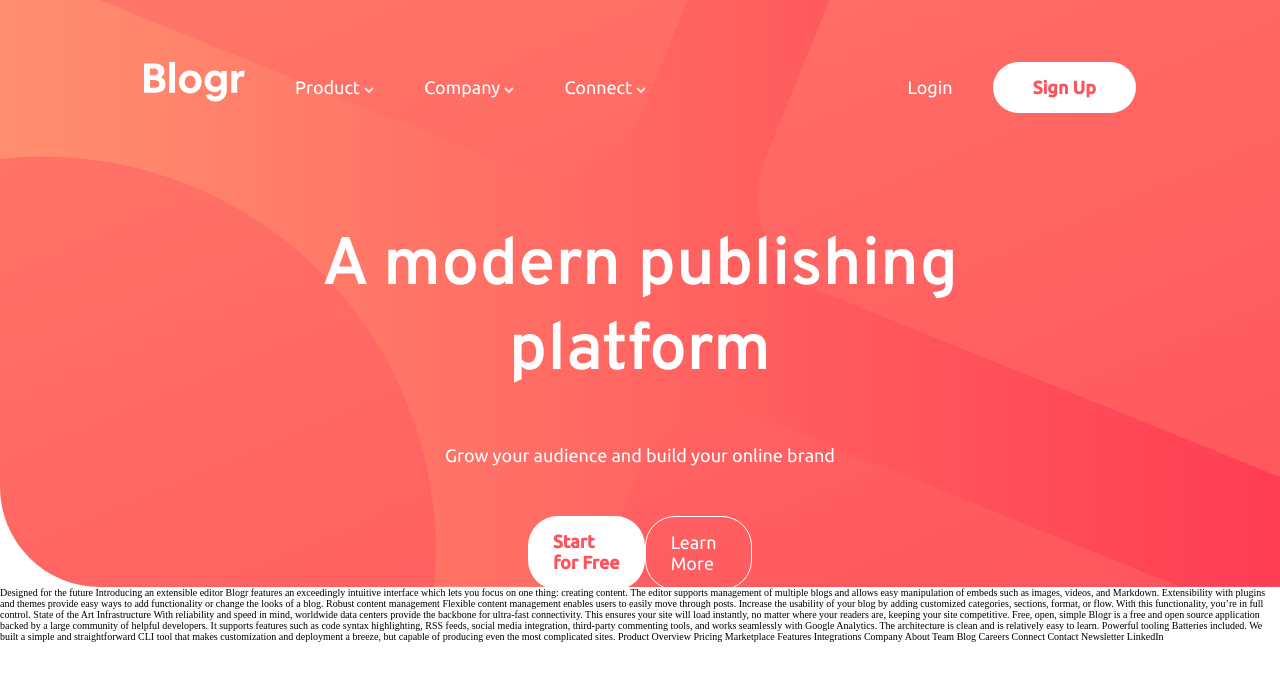
Repository: tomas938/tomaspage3
Page: index.html
The author's editor kept a copy of each file at every save. The page is drawn from the files as they stood at one save, then again after the next save.
The browser window is 1280 px wide. The pictures show the whole page.
The style sheet was rebuilt from its Sass, Less or Tailwind sources for each picture, by a compiler version that may differ from the author's.

Above is the page before, as saved 2021-07-30 09:29:53.

### index.html
<!DOCTYPE html>
<html lang="en">
	<head>
		<meta charset="UTF-8" />
		<meta name="viewport" content="width=device-width, initial-scale=1.0" />
		<!-- displays site properly based on user's device -->

		<link
			rel="icon"
			type="image/png"
			sizes="32x32"
			href="./images/favicon-32x32.png"
		/>

		<title>Frontend Mentor | [Blogr]</title>

		<link rel="stylesheet" href="./scss/main.css" />
	</head>
	<body>
		<section class="intro">
			<header>
				<nav class="intro__navigation">
					<div class="intro__navigation__logo">
						<svg width="101" height="40" xmlns="http://www.w3.org/2000/svg">
							<path
								d="M0 30.803V1.486h10.653c1.982 0 3.695.31 5.14.93 1.446.619 2.56 1.5 3.345 2.642.785 1.142 1.177 2.484 1.177 4.026 0 1.404-.303 2.636-.909 3.695a6.48 6.48 0 01-2.56 2.498c1.487.578 2.643 1.494 3.469 2.746.826 1.253 1.239 2.732 1.239 4.439 0 1.707-.44 3.18-1.322 4.418-.88 1.239-2.12 2.202-3.716 2.89-1.596.688-3.482 1.033-5.657 1.033H0zM5.946 6.565v6.73h4.046c1.35 0 2.388-.282 3.118-.846.73-.564 1.094-1.397 1.094-2.498 0-1.101-.365-1.94-1.094-2.519-.73-.578-1.769-.867-3.118-.867H5.946zm0 19.159h4.624c1.542 0 2.732-.33 3.572-.991.84-.66 1.26-1.61 1.26-2.85 0-1.238-.42-2.188-1.26-2.848-.84-.66-2.03-.991-3.572-.991H5.946v7.68zm19.282 5.079V0h5.781v30.803h-5.78zm20.893.619c-1.624 0-3.124-.29-4.5-.867a10.94 10.94 0 01-3.593-2.416 10.96 10.96 0 01-2.374-3.654c-.564-1.404-.846-2.931-.846-4.583 0-1.652.289-3.173.867-4.563a11.354 11.354 0 012.415-3.654 10.96 10.96 0 013.634-2.436c1.39-.578 2.91-.867 4.562-.867 1.625 0 3.125.289 4.501.867a10.94 10.94 0 013.592 2.416 11.01 11.01 0 012.375 3.633c.564 1.39.846 2.911.846 4.563 0 1.651-.289 3.179-.867 4.583a11.297 11.297 0 01-2.416 3.675 10.96 10.96 0 01-3.633 2.436c-1.39.578-2.911.867-4.563.867zm.083-5.203c1.046 0 1.982-.275 2.808-.825.825-.551 1.48-1.301 1.96-2.25.483-.95.723-2.03.723-3.242 0-1.211-.24-2.292-.722-3.241-.482-.95-1.136-1.7-1.961-2.25-.826-.551-1.762-.826-2.808-.826-1.046 0-1.982.275-2.808.825-.826.55-1.48 1.301-1.961 2.25-.482.95-.723 2.03-.723 3.242 0 1.211.241 2.292.723 3.241.482.95 1.135 1.7 1.961 2.25.826.551 1.762.826 2.808.826zm24.155 3.964a9.13 9.13 0 01-3.86-.826 9.492 9.492 0 01-3.118-2.291c-.881-.977-1.57-2.12-2.065-3.427-.495-1.308-.743-2.719-.743-4.233 0-1.569.255-3.02.764-4.356a10.614 10.614 0 012.147-3.489 10.174 10.174 0 013.22-2.333c1.225-.564 2.554-.846 3.985-.846 1.404 0 2.67.282 3.799.846a7.402 7.402 0 012.807 2.457l.124-2.684h5.327v19.2c0 1.68-.269 3.207-.805 4.584-.537 1.376-1.301 2.56-2.292 3.55a10.231 10.231 0 01-3.53 2.292c-1.363.537-2.87.805-4.522.805-1.624 0-3.083-.254-4.376-.764a10.468 10.468 0 01-3.386-2.126 10.035 10.035 0 01-2.271-3.18L67.097 32a5.452 5.452 0 001.92 1.879c.784.454 1.672.681 2.663.681 1.074 0 2.003-.24 2.787-.723.785-.481 1.397-1.156 1.838-2.023.44-.867.66-1.879.66-3.035v-1.775a7.793 7.793 0 01-2.828 2.333c-1.143.564-2.402.846-3.778.846zm1.404-5.12c1.018 0 1.92-.254 2.704-.764a5.556 5.556 0 001.879-2.064c.468-.867.702-1.851.702-2.952 0-1.102-.234-2.086-.702-2.953a5.556 5.556 0 00-1.879-2.064c-.784-.51-1.686-.764-2.704-.764-1.019 0-1.92.255-2.705.764a5.556 5.556 0 00-1.879 2.064c-.468.867-.702 1.851-.702 2.953 0 1.1.234 2.085.702 2.952a5.556 5.556 0 001.88 2.064c.784.51 1.685.764 2.704.764zm15.607 5.74V9h5.327l.206 3.304c.55-1.157 1.294-2.044 2.23-2.664.936-.62 2.037-.929 3.303-.929.386 0 .77.035 1.156.103.386.07.73.159 1.033.269l-.62 5.698a4.361 4.361 0 00-.929-.227 7.495 7.495 0 00-.97-.062c-1.597 0-2.822.489-3.675 1.466-.853.977-1.28 2.36-1.28 4.15v10.694h-5.78z"
								fill="#FFF"
								fill-rule="nonzero"
							/>
						</svg>
						<ul>
							<li>
								<a href="#">Product</a>
								<svg xmlns="http://www.w3.org/2000/svg" width="10" height="7">
									<path
										fill="none"
										stroke="#FFF"
										stroke-width="2"
										opacity=".75"
										d="M1 1l4 4 4-4"
									/>
								</svg>
							</li>
							<li>
								<a href="#">Company</a>
								<svg xmlns="http://www.w3.org/2000/svg" width="10" height="7">
									<path
										fill="none"
										stroke="#FFF"
										stroke-width="2"
										opacity=".75"
										d="M1 1l4 4 4-4"
									/>
								</svg>
							</li>
							<li>
								<a href="#">Connect</a>
								<svg xmlns="http://www.w3.org/2000/svg" width="10" height="7">
									<path
										fill="none"
										stroke="#FFF"
										stroke-width="2"
										opacity=".75"
										d="M1 1l4 4 4-4"
									/>
								</svg>
							</li>
						</ul>
					</div>
					<div class="intro__navigation__login">
						<div class="button button--1">Login</div>
						<div class="button button--2">Sign Up</div>
					</div>
				</nav>
			</header>
			<div class="intro__description">
				<h1>A modern publishing platform</h1>
				<p>Grow your audience and build your online brand</p>
				<div class="intro__description__buttons">
					<div class="button button--3">Start for Free</div>
					<div class="button button--4">Learn More</div>
				</div>
			</div>
		</section>

		Designed for the future Introducing an extensible editor Blogr features an
		exceedingly intuitive interface which lets you focus on one thing: creating
		content. The editor supports management of multiple blogs and allows easy
		manipulation of embeds such as images, videos, and Markdown. Extensibility
		with plugins and themes provide easy ways to add functionality or change the
		looks of a blog. Robust content management Flexible content management
		enables users to easily move through posts. Increase the usability of your
		blog by adding customized categories, sections, format, or flow. With this
		functionality, you’re in full control. State of the Art Infrastructure With
		reliability and speed in mind, worldwide data centers provide the backbone
		for ultra-fast connectivity. This ensures your site will load instantly, no
		matter where your readers are, keeping your site competitive. Free, open,
		simple Blogr is a free and open source application backed by a large
		community of helpful developers. It supports features such as code syntax
		highlighting, RSS feeds, social media integration, third-party commenting
		tools, and works seamlessly with Google Analytics. The architecture is clean
		and is relatively easy to learn. Powerful tooling Batteries included. We
		built a simple and straightforward CLI tool that makes customization and
		deployment a breeze, but capable of producing even the most complicated
		sites. Product Overview Pricing Marketplace Features Integrations Company
		About Team Blog Careers Connect Contact Newsletter LinkedIn
	</body>
</html>

### scss/main.scss
@import "../scss_partials/variables";
@import "../scss_partials/resets";
@import "../scss_partials/intro";

### scss_partials/_variables.scss
//Colors

/* PRIMARY */

$light-red: hsl(356, 100%, 66%);
$very-light-red: hsl(355, 100%, 74%);
$very-dark-blue: hsl(208, 49%, 24%);

/* NEUTRAL */

$white: hsl(0, 0%, 100%);
$grayish-blue: hsl(240, 2%, 79%); //Footer Text
$very-dark-grayish-blue: hsl(207, 13%, 34%);
$very-dark-black-blue: hsl(240, 10%, 16%); //Footer Background

/* GRADIENT */

$very-light-red-gradient: hsl(13, 100%, 72%); // Intro /CTA
$light-red-gradient: hsl(353, 100%, 62%); // Intro /CTA

$very-dark-gray-blue: hsl(237, 17%, 21%); // Background body gradient
$very-dark-desaturated-blue: hsl(237, 23%, 32%); // Background body gradient

//Fonts

@import url("https://fonts.googleapis.com/css2?family=Overpass:wght@300;600&display=swap");

$font-primary: "Overpass", sans-serif;
$font-weight-primary-light: 300;
$font-weight-primary-bold: 600;

@import url("https://fonts.googleapis.com/css2?family=Ubuntu:ital,wght@0,400;0,500;1,700&display=swap");

$font-secondary: "Ubuntu", sans-serif;

$font-weight-secondary-light: 400;
$font-weight-secondary-medium: 500;
$font-weight-secondary-bold: 700;

### scss_partials/_resets.scss
* {
	margin: 0;
	padding: 0;
	box-sizing: border-box;
}
html {
	font-size: 62.5%;
}
li {
	list-style: none;
}
a {
	text-decoration: none;
}

### scss_partials/_intro.scss
.intro {
	height: 81.5vh;
	background-image: url(../images/bg-pattern-intro.svg),
		linear-gradient(to right, $very-light-red-gradient, $light-red-gradient);
	background-position: center center;
	border-bottom-left-radius: 10rem;
	font-family: $font-secondary;
	font-weight: $font-weight-secondary-light;
	color: $white;
	font-size: 1.8rem;
	header {
		width: 100%;
	}
	&__navigation {
		width: 77.5%;
		margin: auto;
		padding: 6.2rem 0;
		display: flex;
		justify-content: space-between;
		&__logo {
			display: flex;
		}
		ul {
			display: flex;
			align-items: center;
		}
		li {
			margin-left: 5rem;
		}

		a {
			color: $white;
		}
		&__login {
			display: flex;
			align-items: center;
		}
	}
	&__description {
		width: 70%;
		margin: auto;
		h1 {
			padding: 5rem 0;
			font-size: 6.7rem;
			text-align: center;
			font-family: $font-primary;
			font-weight: $font-weight-primary-bold;
		}
		p {
			text-align: center;
		}
		&__buttons {
			padding: 5rem 0;
			width: 25%;
			margin: auto;
			display: flex;
			justify-content: space-between;
		}
	}
}
.button {
	cursor: pointer;
	padding: 1.5rem 4rem;
	border-radius: 3rem;
}
.button--2 {
	background-color: $white;
	color: $light-red;
	font-family: $font-secondary;
	font-weight: $font-weight-secondary-bold;
	transition: all 0.3s ease-in-out;
}
.button--2:hover {
	background-color: hsla(0, 0%, 100%, 0.267);
	color: $white;
}
.button--3 {
	background-color: $white;
	color: $light-red;
	font-family: $font-secondary;
	font-weight: $font-weight-secondary-bold;
	transition: all 0.3s ease-in-out;
	padding: 1.5rem 2.5rem;
}
.button--3:hover {
	background-color: hsla(0, 0%, 100%, 0.267);
	color: $white;
}
.button--4 {
	border: 1px solid $white;
	padding: 1.5rem 2.5rem;
}

After the next save:
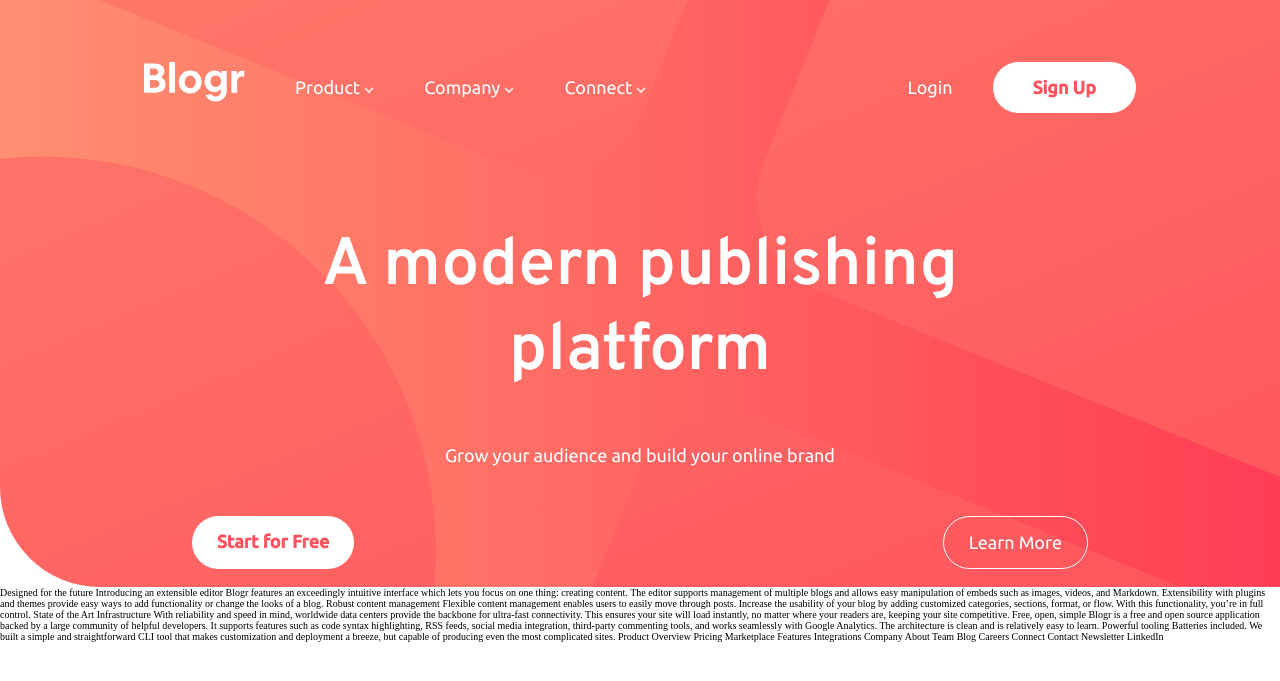
Saved 9 s later.
--- a/scss_partials/_intro.scss
+++ b/scss_partials/_intro.scss
@@ -51,7 +51,7 @@
 		}
 		&__buttons {
 			padding: 5rem 0;
-			width: 25%;
+
 			margin: auto;
 			display: flex;
 			justify-content: space-between;
